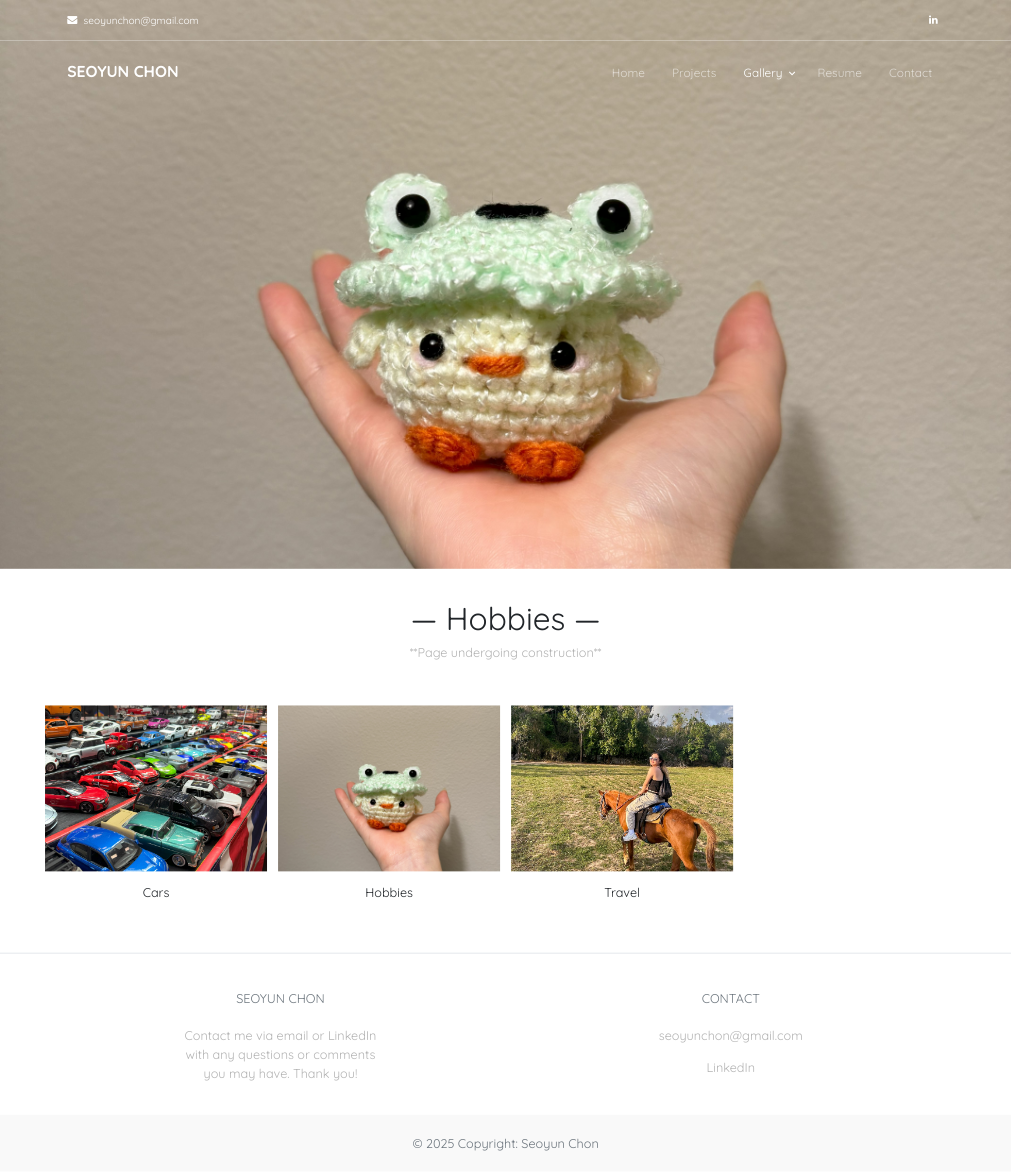
Repository: schon02/seoyun-chon-portfolio
Page: gallery_hobbies_page.html
The author's editor kept a copy of each file at every save. The page is drawn from the files as they stood at one save, then again after the next save.
The browser window is 1280 px wide. The pictures show the whole page, at 79% of full size.

Above is the page before, as saved 2025-02-27 06:49:47.

### gallery_hobbies_page.html
<!DOCTYPE html>
<html>
    <head>
        <!-- <link href="style.css" rel="stylesheet" /> -->

        <!-- Required meta tags -->
        <meta charset="utf-8">
        <meta name="viewport" content="width=device-width, initial-scale=1, shrink-to-fit=no">

        <link href="https://fonts.googleapis.com/css?family=Quicksand:400,600,700&display=swap" rel="stylesheet">

        <link rel="stylesheet" href="fonts/icomoon/style.css">

        <link rel="stylesheet" href="css/owl.carousel.min.css">

        <!-- Bootstrap CSS -->
        <link rel="stylesheet" href="css/bootstrap.min.css">

        <!-- Style -->
        <link rel="stylesheet" href="css/style.css">

        <title>Home Page</title>

    </head>

    <body>
        <!-- <header>
            <nav>
                <ul>
                    <li><a class="active" href="index.html">Home</a></li>
                    <li><a href="services_page.html">Services</a></li>
                    <li><a href="contact_page.html">Contact</a></li>
                </ul>
            </nav>
        </header> -->

        <div class="site-mobile-menu site-navbar-target">
            <div class="site-mobile-menu-header">
              <div class="site-mobile-menu-close mt-3">
                <span class="icon-close2 js-menu-toggle"></span>
              </div>
            </div>
            <div class="site-mobile-menu-body"></div>
          </div> <!-- .site-mobile-menu -->

        <div class="site-navbar-wrap">
            <div class="site-navbar-top">
              <div class="container py-3">
                <div class="row align-items-center">
                  <div class="col-6">
                    <div class="d-flex mr-auto">
                      <a href="#" class="d-flex align-items-center mr-4">
                        <span class="icon-envelope mr-2"></span>
                        <span class="d-none d-md-inline-block">seoyunchon@gmail.com</span>
                      </a>
                      <!-- <a href="#" class="d-flex align-items-center mr-auto">
                        <span class="icon-phone mr-2"></span>
                        <span class="d-none d-md-inline-block">+1 234 4567 8910</span>
                      </a> -->
                    </div>
                  </div>
                  <div class="col-6 text-right">
                    <div class="mr-auto">
                      <!-- <a href="#" class="p-2 pl-0"><span class="icon-twitter"></span></a> -->
                      <!-- <a href="#" class="p-2 pl-0"><span class="icon-facebook"></span></a> -->
                      <a href="https://www.linkedin.com/in/seoyun-chon/" class="p-2 pl-0"><span class="icon-linkedin"></span></a>
                      <!-- <a href="#" class="p-2 pl-0"><span class="icon-instagram"></span></a> -->
                    </div>

                  </div>
                </div>
              </div>
            </div>

            <div class="site-navbar site-navbar-target js-sticky-header">
              <div class="container">
                <div class="row align-items-center">
                  <div class="col-2">
                    <h1 class="my-0 site-logo"><a href="index.html">Seoyun&nbsp;Chon</a></h1>
                  </div>
                  <div class="col-10">
                    <nav class="site-navigation text-right" role="navigation">
                      <div class="container">
                        <div class="d-inline-block d-lg-none ml-md-0 mr-auto py-3"><a href="#" class="site-menu-toggle js-menu-toggle text-white"><span class="icon-menu h3"></span></a></div>

                        <ul class="site-menu main-menu js-clone-nav d-none d-lg-block">
                          <li><a href="index.html" class="nav-link">Home</a></li>
                          <li><a href="projects_page.html" class="nav-link">Projects</a></li>
                          <li class="has-children">
                            <a class="active" href="gallery_page.html" class="nav-link">Gallery</a>
                            <ul class="dropdown arrow-top">
                              <li><a href="gallery_cars_page.html" class="nav-link">Cars</a></li>
                              <li><a href="gallery_hobbies_page.html" class="nav-link">Hobbies</a></li>
                              <li><a href="gallery_travel_page.html" class="nav-link">Travel</a></li>
                              <!-- <li class="has-children">
                                <a href="#">More Links</a>
                                <ul class="dropdown">
                                  <li><a href="#">Menu One</a></li>
                                  <li><a href="#">Menu Two</a></li>
                                  <li><a href="#">Menu Three</a></li>
                                </ul>
                              </li> -->
                            </ul>
                          </li>
                          <!-- <li><a href="#about-section" class="nav-link">About</a></li> -->
                          <li><a href="resume_page.html" class="nav-link">Resume</a></li>
                          <!-- <li><a href="#gallery-section" class="nav-link">Gallery</a></li> -->
                          <li><a href="contact_page.html" class="nav-link">Contact</a></li>
                        </ul>
                      </div>
                    </nav>
                  </div>
                </div>
              </div>
            </div>
          </div>


          <div class="hero" style="background-image: url('images/gallery_hobbies_cover.jpg');"></div>


        <div class="text-center" style="padding-top: 1cm;">
          <h1>— Hobbies —</h1>
          <p>**Page undergoing construction**</p>
        </div>

<!-- -------------first row for products gallery----------------- -->

    <div style="padding-top: 1cm; margin: 0px 50px 0px 50px;">
      <div class="responsive">
        <div class="gallery">
          <a href="gallery_cars_page.html">
            <img src="images/gallery_cars_cover_photo.jpg" alt="Cars" width="600" height="400">
          </a>
          <div class="desc">Cars</div>
        </div>
      </div>


      <div class="responsive">
        <div class="gallery">
          <a href="#">
            <img src="images/gallery_hobbies_cover.jpg" alt="Hobbies" width="600" height="400">
          </a>
          <div class="desc">Hobbies</div>
        </div>
      </div>

      <div class="responsive">
        <div class="gallery">
          <a href="#">
            <img src="images/gallery_travel_cover.JPG" alt="Travel" width="600" height="400">
          </a>
          <div class="desc">Travel</div>
        </div>
      </div>

      <!-- <div class="responsive">
        <div class="gallery">
          <a target="_blank" href="images/amber-bottle.jpg">
            <img src="images/amber-bottle.jpg" alt="Mountains" width="600" height="400">
          </a>
          <div class="desc">Lavender Amber</div>
        </div>
      </div> -->

      <div class="clearfix"></div>
    </div>

<!-- -------------second row for products gallery----------------- -->

    <!-- <div style="padding-top: 1cm; margin: 0px 50px 0px 50px;">
        <div class="responsive">
          <div class="gallery">
            <a target="_blank" href="images/smokey-amber-bottle.jpg">
              <img src="images/smokey-amber-bottle.jpg" alt="Cinque Terre" width="600" height="400">
            </a>
            <div class="desc">Smokey Amber Musk</div>
          </div>
        </div>


        <div class="responsive">
          <div class="gallery">
            <a target="_blank" href="images/blue-ocean-bottle.jpg">
              <img src="images/blue-ocean-bottle.jpg" alt="Forest" width="600" height="400">
            </a>
            <div class="desc">Salty Sea</div>
          </div>
        </div>

        <div class="responsive">
          <div class="gallery">
            <a target="_blank" href="images/fresh-sheets-bottle.jpg">
              <img src="images/fresh-sheets-bottle.jpg" alt="Northern Lights" width="600" height="400">
            </a>
            <div class="desc">Fresh Sheets</div>
          </div>
        </div>

        <div class="responsive">
          <div class="gallery">
            <a target="_blank" href="images/lavender-bottle.jpg">
              <img src="images/lavender-bottle.jpg" alt="Mountains" width="600" height="400">
            </a>
            <div class="desc">Lavender Love</div>
          </div>
        </div>

        <div class="clearfix"></div>
      </div> -->

        <script src="js/jquery-3.3.1.min.js"></script>
        <script src="js/popper.min.js"></script>
        <script src="js/bootstrap.min.js"></script>
        <script src="js/jquery.sticky.js"></script>
        <script src="js/main.js"></script>

    </body>

<!-- Footer -->
<footer class="text-center text-lg-start bg-white text-muted">

  <section class="d-flex justify-content-center justify-content-lg-between p-4 border-bottom">
  </section>

  <!-- Section: Links  -->
  <section class="">
    <div class="container text-center text-md-start mt-5">
      <!-- Grid row -->
      <div class="row mt-3">
        <!-- Grid column -->
        <div class="col-md-3 col-lg-4 col-xl-3 mx-auto mb-4">
          <!-- Content -->
          <h6 class="text-uppercase fw-bold mb-4">
            <i class="fas fa-gem me-3 text-secondary"></i>Seoyun Chon
          </h6>
          <p>
            Contact me via email or LinkedIn with any questions or comments you may have. Thank you!
          </p>
        </div>
        <!-- Grid column -->

        <!-- Grid column -->
        <div class="col-md-4 col-lg-3 col-xl-3 mx-auto mb-md-0 mb-4">
          <!-- Links -->
          <h6 class="text-uppercase fw-bold mb-4">Contact</h6>
          <p><i class="fas fa-home me-3 text-secondary"></i> seoyunchon@gmail.com</p>
          <p>
            <i class="fas fa-envelope me-3 text-secondary"></i>
            <a href="https://www.linkedin.com/in/seoyun-chon/" class="text-reset"> LinkedIn </a>
          </p>
        </div>
        <!-- Grid column -->
      </div>
      <!-- Grid row -->
    </div>
  </section>
  <!-- Section: Links  -->

  <!-- Copyright -->
  <div class="text-center p-4" style="background-color: rgba(0, 0, 0, 0.025);">
    © 2025 Copyright:
    <a class="text-reset fw-bold" href="https://mdbootstrap.com/">Seoyun Chon</a>
  </div>
  <!-- Copyright -->
</footer>
<!-- Footer -->


</html>

Loaded but not shown: fonts/icomoon/style.css (common file); css/owl.carousel.min.css (library); css/bootstrap.min.css (library); js/jquery-3.3.1.min.js (library); js/popper.min.js (library); js/bootstrap.min.js (library); js/jquery.sticky.js (library); js/main.js (87 lines, source omitted); css/style.css (448 lines, source omitted)

After the next save:
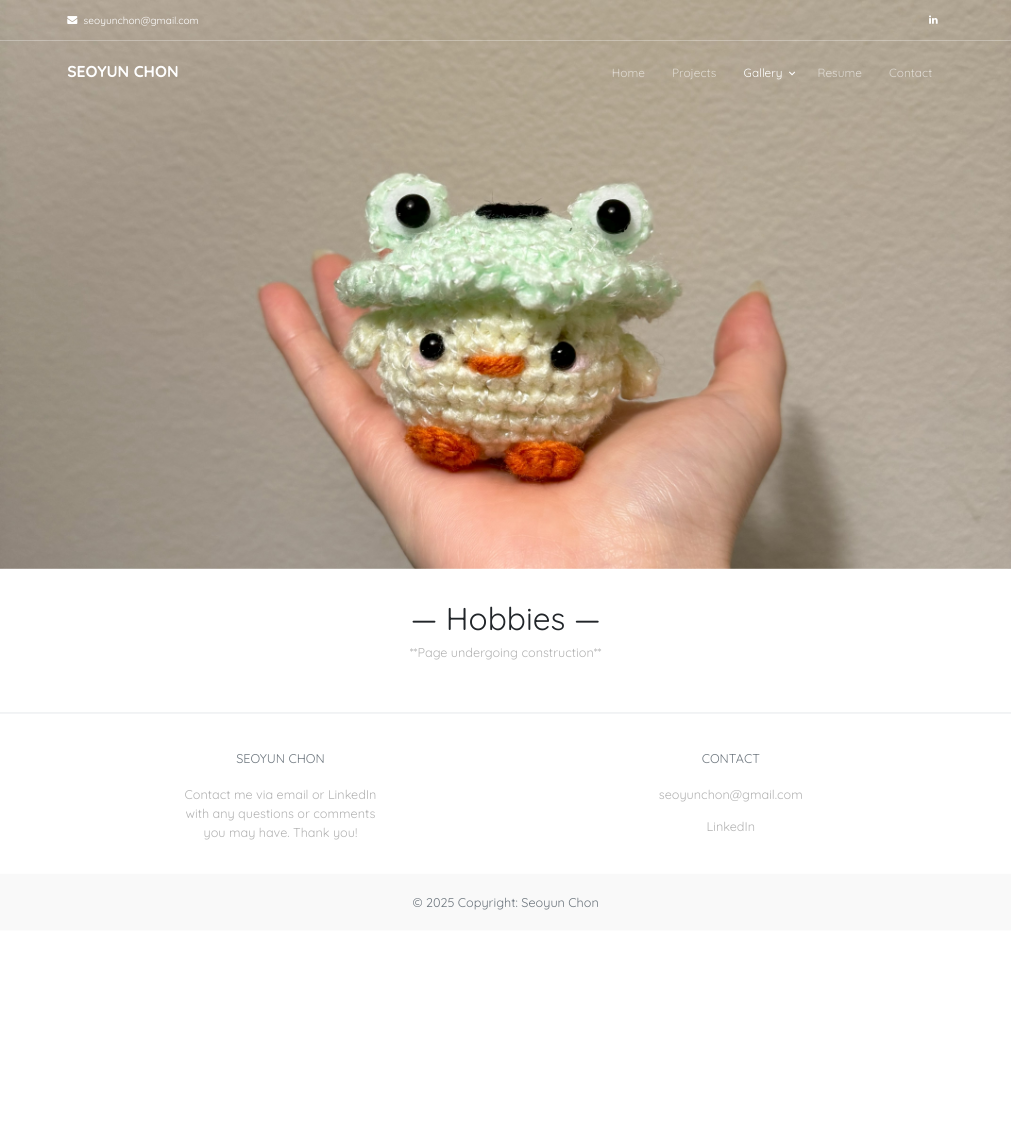
Saved 32 s later.
--- a/gallery_hobbies_page.html
+++ b/gallery_hobbies_page.html
@@ -125,7 +125,7 @@
         </div>
 
 <!-- -------------first row for products gallery----------------- -->
-
+<!--
     <div style="padding-top: 1cm; margin: 0px 50px 0px 50px;">
       <div class="responsive">
         <div class="gallery">
@@ -155,17 +155,17 @@
         </div>
       </div>
 
-      <!-- <div class="responsive">
+      <div class="responsive">
         <div class="gallery">
           <a target="_blank" href="images/amber-bottle.jpg">
             <img src="images/amber-bottle.jpg" alt="Mountains" width="600" height="400">
           </a>
           <div class="desc">Lavender Amber</div>
         </div>
-      </div> -->
+      </div>
 
       <div class="clearfix"></div>
-    </div>
+    </div> -->
 
 <!-- -------------second row for products gallery----------------- -->
 
